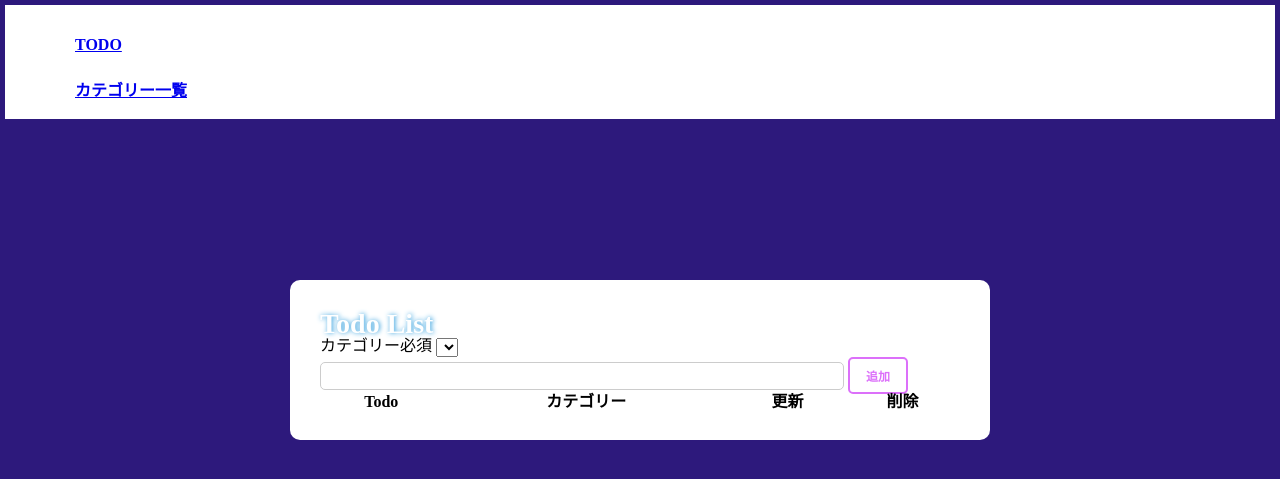
Repository: azuma2/cate
Page: http://localhost/
The author's editor kept a copy of each file at every save. The page is drawn from the files as they stood at one save, then again after the next save.
The browser window is 1280 px wide. The pictures show the whole page.
The page is served by the project's Laravel application, run on PHP 8.4 with Laravel 8. Other server files are loaded and not shown. Queries for data that is not in the repository find no rows.

Above is the page before, as saved 2022-05-17 04:34:31.

### routes/web.php
<?php

use Illuminate\Support\Facades\Route;
use App\Http\Controllers\TodoController;
use App\Http\Controllers\CateController;


Route::get('/', [TodoController::class, 'index']);
Route::get('/cate', [CateController::class, 'index']);
Route::post('/todo/create', [TodoController::class, 'create']);
Route::post('/todo/update', [TodoController::class, 'update']);
Route::post('/todo/delete', [TodoController::class, 'remove']);
Route::post('/todo/search', [TodoController::class, 'search']);
Route::post('/cate/create', [CateController::class, 'create']);
Route::post('/cate/update', [CateController::class, 'update']);
Route::post('/cate/delete', [CateController::class, 'remove']);
Route::post('/cate/search', [CateController::class, 'search']);

### app/Http/Controllers/TodoController.php
<?php

namespace App\Http\Controllers;

use App\Models\Todo;
use App\Models\Cate;
use Illuminate\Http\Request;
use Illuminate\Support\Facades\DB;

class TodoController extends Controller
{
    public function index()
    {
        $items = Todo::all();
        $items = DB::select('select * from todos');
        return view('index', ['items' => $items]);
    }

    public function create(Request $request)
    {
        $param = ['content' => $request->content,];
        $this->validate($request, Todo::$rules);

        DB::insert('insert into todos (content) values (:content)', $param);
        return redirect('/');
    }

    public function update(Request $request)
    {
         $param = [
            'id' => $request->id,
            'content' => $request->content,

        ];
        $this->validate($request, Todo::$rules);
        DB::update('update todos set content =:content where id =:id', $param);
        return redirect('/');
    }

    public function remove(Request $request)
    {
        $param = ['id' => $request->id];
        DB::delete('delete from todos where id =:id', $param);
        return redirect('/');
    }



        public function index2()
    {
        $items = Todo::all();
        $items = DB::select('select * from todos');
        return view('cate', ['items' => $items]);
    }
}

### app/Models/todo.php
<?php


namespace App\Models;

use Illuminate\Database\Eloquent\Factories\HasFactory;
use Illuminate\Database\Eloquent\Model;
use App\Models\Cate;

class Todo extends Model
{
    use HasFactory;

    protected $fillable = ['cate_id', 'content'];

    public static $rules = array(
        'cate_id' => 'text',
        'content' => 'required|max:20',
    );

    public function cate(){
        return $this->belongsTo('App\Models\cate');
    }


}

### resources/views/index.blade.php
<!DOCTYPE html>
<html lang="ja">
<head>
    <meta charset="UTF-8">
    <meta http-equiv="X-UA-Compatible" content="IE=edge">
    <meta name="viewport" content="width=device-width, initial-scale=1.0">
    <link rel="stylesheet" href="{{ asset('\resources\views\reset.css') }}" >
    <title>@yield('title')</title>
    <style>
    body {
      font-size:16px;
      margin: 5px;
      background-color: #2d197c;
    }


header{
  padding-right:50px;
  padding-left:50px;
  padding-top:20px;
  position: sticky;
  left: 0;
  top: 0;
  background: #fff;
}
.head {
  justify-content: space-between;
  display: flex;
  font-weight: bolder;
  position: sticky;
  bottom: 0;
}

.head1{
  padding: 10px;
  margin: 10px;
}

.head2{
  padding: 10px;
  margin: 10px;
}

ul{
  list-style: none;
  margin-top: -8px;
}

    td {
      padding: 5px 10px;
      text-align: center;
    }

    .narabe{
      display:flex;
      flex-flow: column;
    }

    .button {
    text-align: left;
    border: 2px solid #dc70fa;
    font-size: 12px;
    color: #dc70fa;
    background-color: #fff;
    font-weight: bold;
    padding: 8px 16px;
    border-radius: 5px;
    cursor: pointer;
    transition: 0.4s;
    outline: none;
}
.input-add {
    width: 80%;
    padding: 5px;
    border-radius: 5px;
    border: 1px solid #ccc;
    appearance: none;
    font-size: 14px;
    outline: none;
}
.input-update {
    width: 90%;
    padding: 5px;
    border-radius: 5px;
    border: 1px solid #ccc;
    appearance: none;
    font-size: 14px;
    outline: none;
}
    .card {
    background-color: #fff;
    width: 50vw;
    padding: 30px;
    position: absolute;
    top: 50%;
    left: 50%;
    transform: translate(-50%, -50%);
    border-radius: 10px;
}
    h2 {
      font-size:28px;
      color:white;
      text-shadow:1px 0 5px #289ADC;
      margin-left: 1px;
      margin: 0;
    }
    .content {
      margin:10px;
    }
    </style>
  </head>
  <body>
  <header>
    <div class="head">
      <ul>
        <li class="head1"><a href="{{ url('/') }}">TODO</a></li>
        <li class="head2"><a href="{{ url('/cate') }}">カテゴリー一覧</a></li>
      </ul>
    </div>
  </header>
  <div class="container">
    <div class="card">
      <h2 class="title">Todo List</h2>
            <div class="todo">
              @if ($errors->has('content'))
                  <tr>
                    <th>TODOが入力されておりません</th>
                  <td>
                  {{$errors->first('content')}}
                </td>
            </tr>
          @endif

          <!--  カテゴリープルダウン -->
      <div class="form-group">
        <label for="cate_id">{{ __('カテゴリー') }}<span class="badge badge-danger ml-2">{{ __('必須') }}</span></label>
        <select class="form-control" id="cate_id" name="cate_id">
            @foreach ($items as $cate)
                <option value="{{ $cate->cate_id }}">{{ $cate->content }}</option>
            @endforeach
        </select>
      </div>


        <form action="/todo/create" method="post">
            @csrf
          <input type="text" class="input-add" name="content">
          <input class="button" type="submit" value="追加" />
        </form>
          <div class="narabe">
        <table>
            @csrf
          <tr>
            <th>Todo</th>
            <th>カテゴリー</th>
            <th>更新</th>
            <th>削除</th>
          </tr>

                    <tr>
            @foreach ($items as $item)

            <td>

            </td>

            <form action="/todo/update" method="post">
              @csrf
              <td>
                <input type="text" class="input-update" value="{{$item->content}}" name="content" />
              </td>
              <td>
                <input type="hidden"  name="id" value="{{$item->id}}">
                <input class="button" type="submit" value="更新" >
              </td>
            </form>
            <td>
              <form action="/todo/delete" method="post" >
                    @csrf
                <input  type="hidden" name="id" value="{{$item->id}}" >
                <input class="button" type="submit" value="削除" >
              </form>
            </td>
            </div>
          </tr>
          @endforeach
        </table>
      </div>
    </div>
  </div>
  </div>

</body>
</html>

### resources/views/reset.css
/*
html5doctor.com Reset Stylesheet
v1.6.1
Last Updated: 2010-09-17
Todo: Richard Clark - http://richclarkdesign.com
Twitter: @rich_clark
*/

html, body, div, span, object, iframe,
h1, h2, h3, h4, h5, h6, p, blockquote, pre,
abbr, address, cite, code,
del, dfn, em, img, ins, kbd, q, samp,
small, strong, sub, sup, var,
b, i,
dl, dt, dd, ol, ul, li,
fieldset, form, label, legend,
table, caption, tbody, tfoot, thead, tr, th, td,
article, aside, canvas, details, figcaption, figure,
footer, header, hgroup, menu, nav, section, summary,
time, mark, audio, video {
    margin:0;
    padding:0;
    border:0;
    outline:0;
    font-size:100%;
    vertical-align:baseline;
    background:transparent;
}

body {
    line-height:1;
}

article,aside,details,figcaption,figure,
footer,header,hgroup,menu,nav,section {
    display:block;
}

nav ul {
    list-style:none;
}

blockquote, q {
    quotes:none;
}

blockquote:before, blockquote:after,
q:before, q:after {
    content:'';
    content:none;
}

a {
    margin:0;
    padding:0;
    font-size:100%;
    vertical-align:baseline;
    background:transparent;
}

/* change colours to suit your needs */
ins {
    background-color:#ff9;
    color:#000;
    text-decoration:none;
}

/* change colours to suit your needs */
mark {
    background-color:#ff9;
    color:#000;
    font-style:italic;
    font-weight:bold;
}

del {
    text-decoration: line-through;
}

abbr[title], dfn[title] {
    border-bottom:1px dotted;
    cursor:help;
}

table {
    border-collapse:collapse;
    border-spacing:0;
}

/* change border colour to suit your needs */
hr {
    display:block;
    height:1px;
    border:0;
    border-top:1px solid #cccccc;
    margin:1em 0;
    padding:0;
}

input, select {
    vertical-align:middle;
}

Loaded but not shown: app/Http/Controllers/Controller.php (common file)

After the next save:
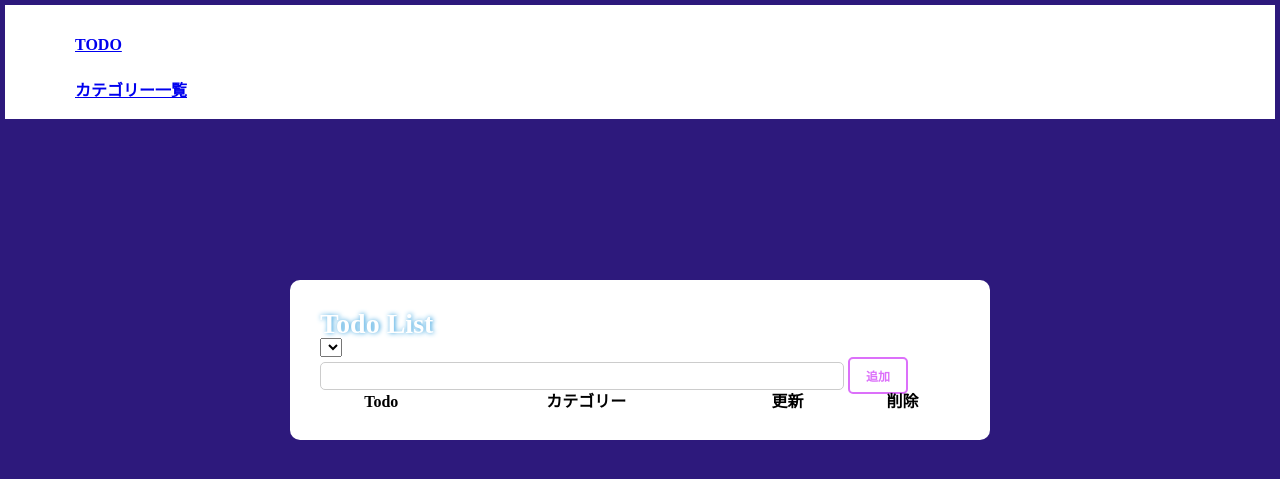
Saved 2 min 1 s later.
--- a/resources/views/index.blade.php
+++ b/resources/views/index.blade.php
@@ -133,7 +133,7 @@ ul{
 
           <!--  カテゴリープルダウン -->
       <div class="form-group">
-        <label for="cate_id">{{ __('カテゴリー') }}<span class="badge badge-danger ml-2">{{ __('必須') }}</span></label>
+
         <select class="form-control" id="cate_id" name="cate_id">
             @foreach ($items as $cate)
                 <option value="{{ $cate->cate_id }}">{{ $cate->content }}</option>
